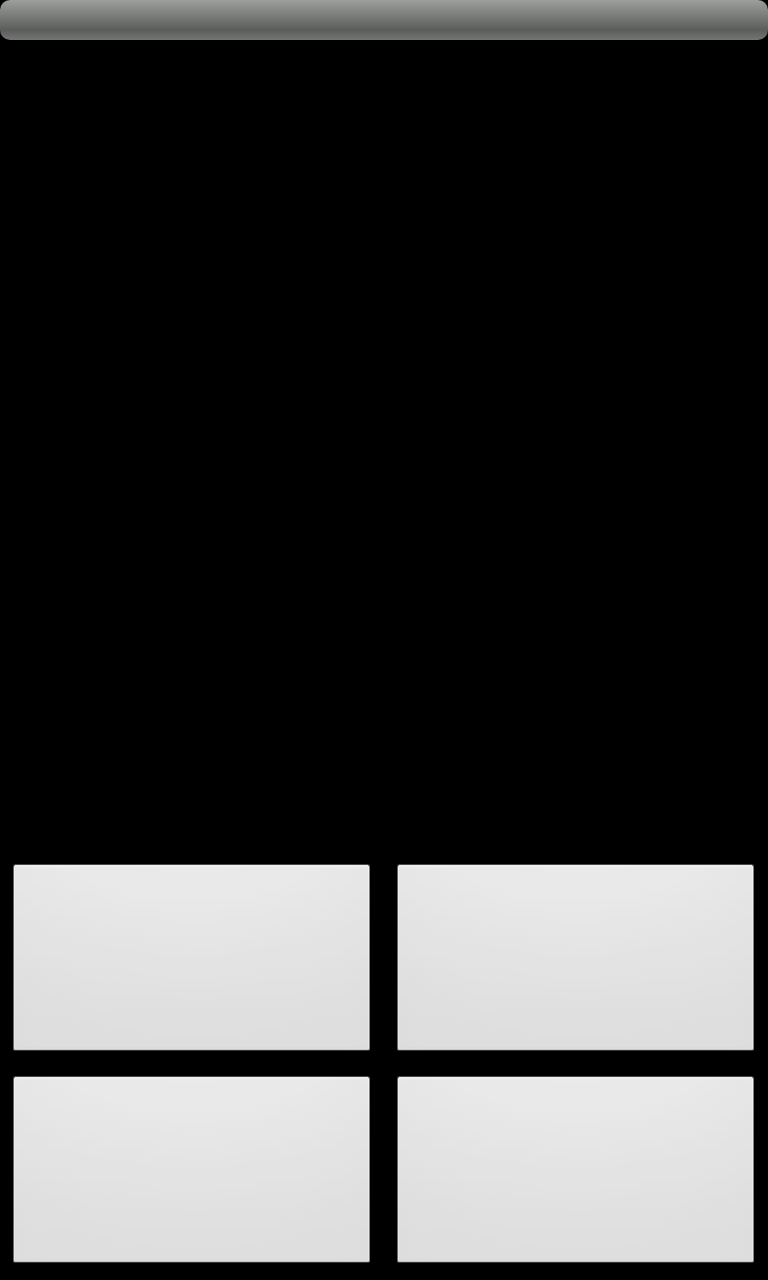
Repository: aster9725/HK-CityU-SummerExchange
Layout: Copy of WordQuiz/res/layout/activity_game.xml
The author's editor kept a copy of each file at every save. The layout is drawn from the files as they stood at one save, then again after the next save.
It is drawn on a 768 x 1280 px phone screen (xhdpi) without system bars, with theme android:Theme; the app's code is not run.

Above is the layout before, as saved 2014-07-24 10:17:56.

### Copy of WordQuiz/res/layout/activity_game.xml
<LinearLayout xmlns:android="http://schemas.android.com/apk/res/android"
    android:orientation="vertical"
    android:layout_width="fill_parent"
    android:layout_height="fill_parent" >

    <ProgressBar
        android:id="@+id/timerbar"
        style="?android:attr/progressBarStyleHorizontal"
        android:layout_width="match_parent"
        android:layout_height="wrap_content" />

    <TextView
        android:id="@+id/qusetion"
        android:layout_width="match_parent"
        android:layout_height="500sp"
        android:gravity="center_vertical|center_horizontal"
        android:layout_weight="3"
        android:text=""
        android:textSize="70sp" />

    <LinearLayout
        android:orientation="horizontal"
        android:layout_width="match_parent"
        android:layout_height="wrap_content"
        android:layout_gravity="center_vertical|center_horizontal"
         >

        <ImageButton
            android:id="@+id/btnans1"
            android:layout_width="wrap_content"
            android:layout_height="100sp"
            android:layout_gravity="center_vertical|center_horizontal"
            android:layout_margin="3sp"
            android:layout_weight="1"/>

        <ImageButton
            android:id="@+id/btnans2"
            android:layout_width="wrap_content"
            android:layout_height="100sp"
            android:layout_gravity="center_vertical|center_horizontal"
            android:layout_margin="3sp"
            android:layout_weight="1"/>

    </LinearLayout>

    <LinearLayout
        android:orientation="horizontal"
        android:layout_width="match_parent"
        android:layout_height="wrap_content"
        android:layout_gravity="center_vertical|center_horizontal"
         >

        <ImageButton
            android:id="@+id/btnans3"
            android:layout_width="wrap_content"
            android:layout_height="100sp"
            android:layout_gravity="center_vertical|center_horizontal"
            android:layout_margin="3sp"
            android:layout_weight="1"/>

        <ImageButton
            android:id="@+id/btnans4"
            android:layout_width="wrap_content"
            android:layout_height="100sp"
            android:layout_gravity="center_vertical|center_horizontal"
            android:layout_margin="3sp"
            android:layout_weight="1"/>

    </LinearLayout>

</LinearLayout>

After the next save:
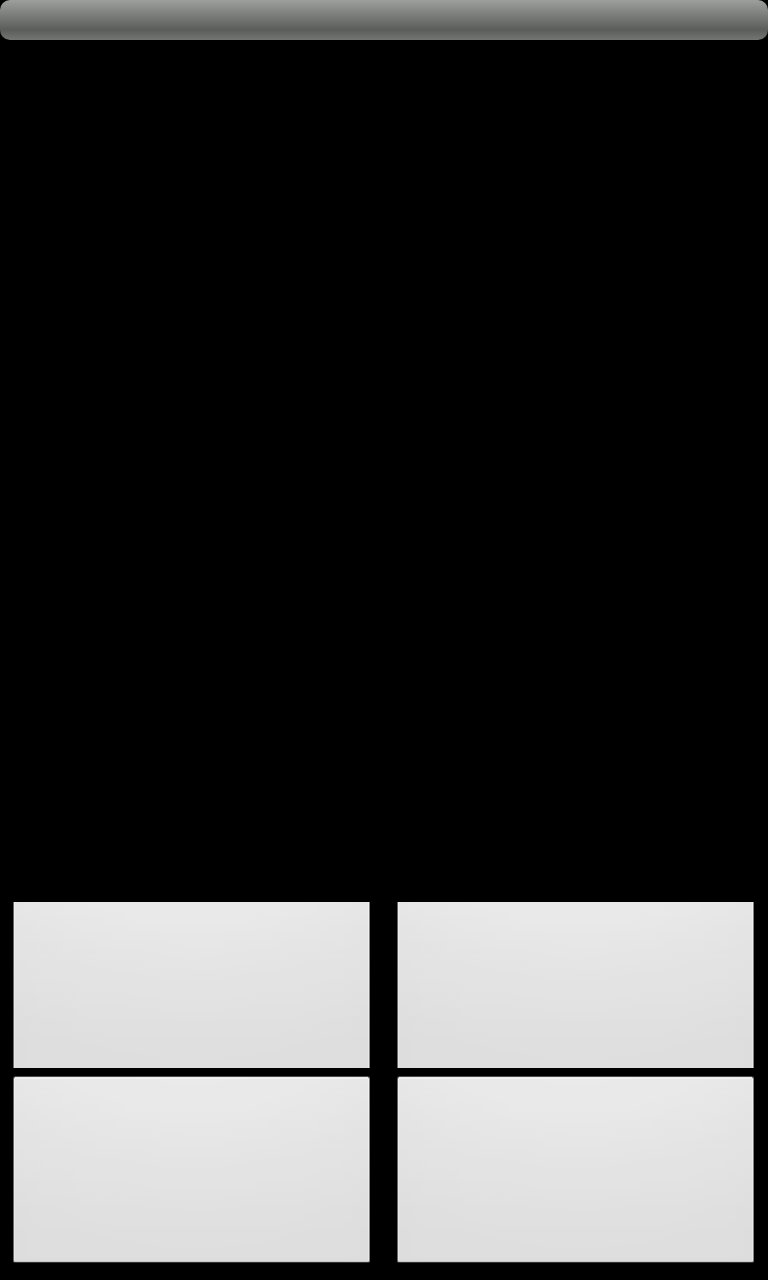
Saved 87 s later.
--- a/Copy of WordQuiz/res/layout/activity_game.xml
+++ b/Copy of WordQuiz/res/layout/activity_game.xml
@@ -1,7 +1,7 @@
 <LinearLayout xmlns:android="http://schemas.android.com/apk/res/android"
-    android:orientation="vertical"
     android:layout_width="fill_parent"
-    android:layout_height="fill_parent" >
+    android:layout_height="fill_parent"
+    android:orientation="vertical" >
 
     <ProgressBar
         android:id="@+id/timerbar"
@@ -13,17 +13,17 @@
         android:id="@+id/qusetion"
         android:layout_width="match_parent"
         android:layout_height="500sp"
+        android:layout_weight="3"
         android:gravity="center_vertical|center_horizontal"
-        android:layout_weight="3"
         android:text=""
         android:textSize="70sp" />
 
     <LinearLayout
-        android:orientation="horizontal"
         android:layout_width="match_parent"
         android:layout_height="wrap_content"
         android:layout_gravity="center_vertical|center_horizontal"
-         >
+        android:orientation="horizontal"
+        android:layout_weight="1" >
 
         <ImageButton
             android:id="@+id/btnans1"
@@ -31,7 +31,7 @@
             android:layout_height="100sp"
             android:layout_gravity="center_vertical|center_horizontal"
             android:layout_margin="3sp"
-            android:layout_weight="1"/>
+            android:layout_weight="1" />
 
         <ImageButton
             android:id="@+id/btnans2"
@@ -39,16 +39,14 @@
             android:layout_height="100sp"
             android:layout_gravity="center_vertical|center_horizontal"
             android:layout_margin="3sp"
-            android:layout_weight="1"/>
-
+            android:layout_weight="1" />
     </LinearLayout>
 
     <LinearLayout
-        android:orientation="horizontal"
         android:layout_width="match_parent"
         android:layout_height="wrap_content"
         android:layout_gravity="center_vertical|center_horizontal"
-         >
+        android:orientation="horizontal" >
 
         <ImageButton
             android:id="@+id/btnans3"
@@ -56,7 +54,7 @@
             android:layout_height="100sp"
             android:layout_gravity="center_vertical|center_horizontal"
             android:layout_margin="3sp"
-            android:layout_weight="1"/>
+            android:layout_weight="1" />
 
         <ImageButton
             android:id="@+id/btnans4"
@@ -64,8 +62,7 @@
             android:layout_height="100sp"
             android:layout_gravity="center_vertical|center_horizontal"
             android:layout_margin="3sp"
-            android:layout_weight="1"/>
-
+            android:layout_weight="1" />
     </LinearLayout>
 
 </LinearLayout>
